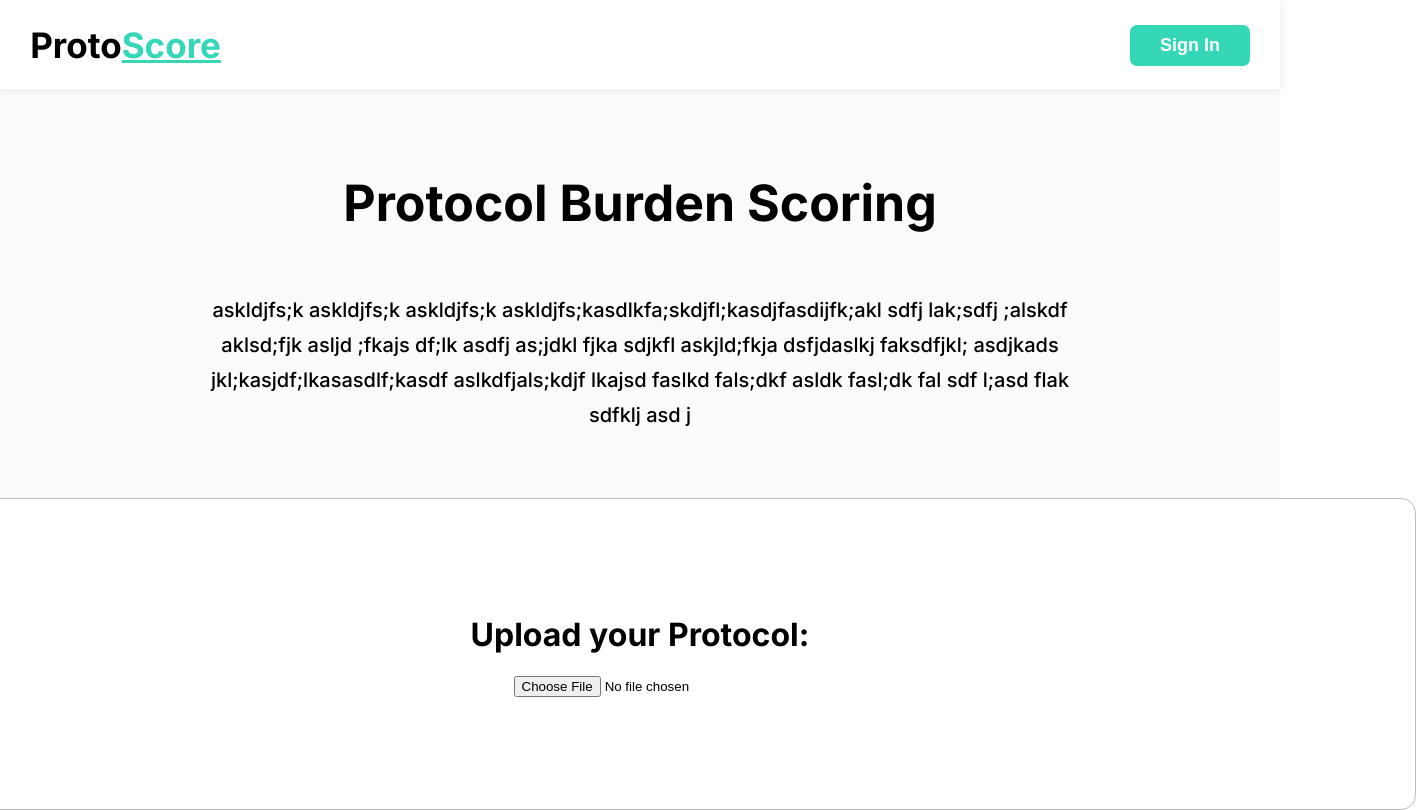
Repository: evanc108/Regeneron2024
Page: / (app in regeneron/)
The author's editor kept a copy of each file at every save. The page is drawn from the files as they stood at one save, then again after the next save.
The browser window is 1280 px wide. The page is 1416 px wide, so the pictures cover 1416 px, including what lies to the right of the window. The pictures show the whole page.
The project was rebuilt for these pictures with package versions that can differ from the ones it lists, and the page was loaded fresh each time.

Above is the page before, as saved 2024-05-14 02:51:58.

After the next save:
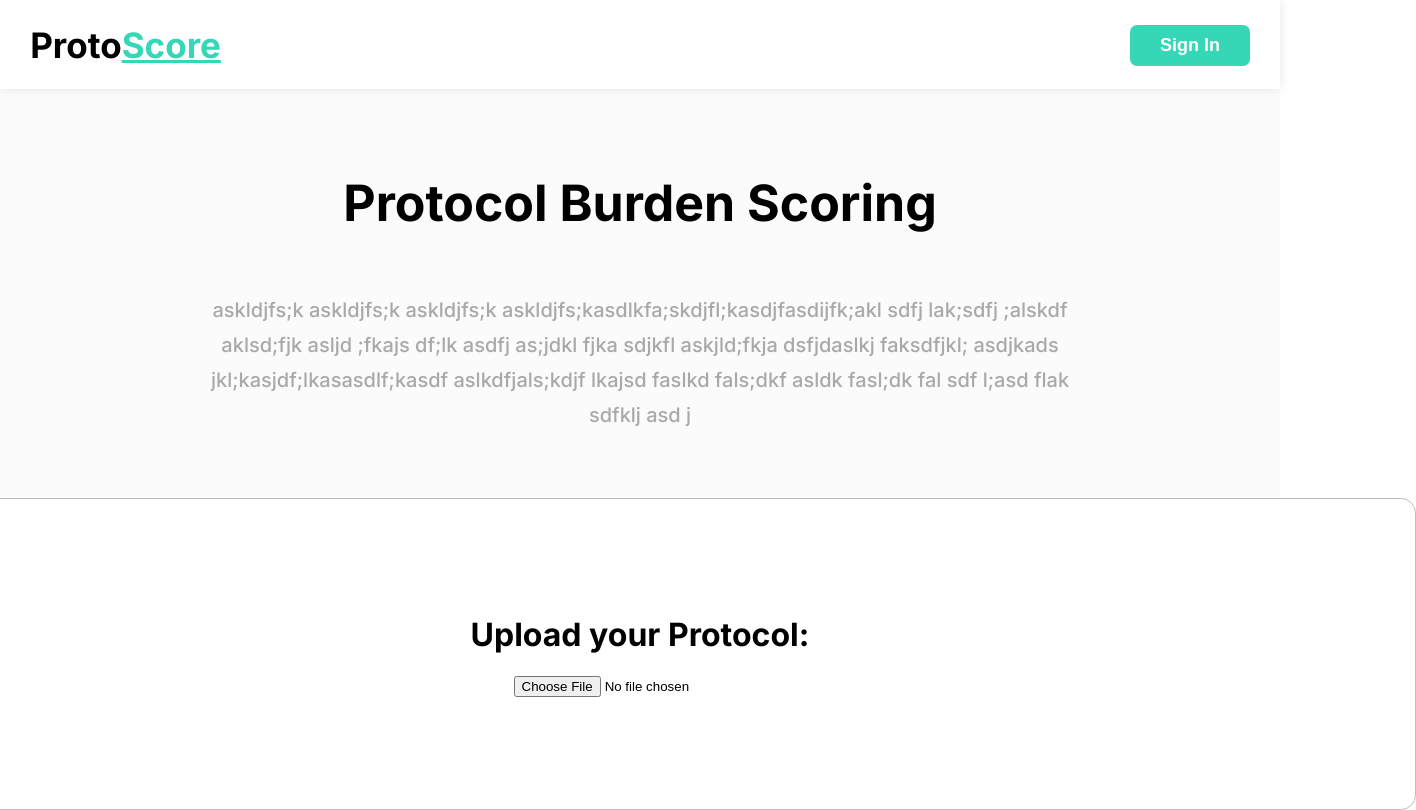
Saved 18 s later.
--- a/regeneron/src/pages/Feedback.js
+++ b/regeneron/src/pages/Feedback.js
@@ -41,7 +41,7 @@ function Feedback() {
                 <div style={{display:"flex", flexDirection:"column", justifyContent:"center", alignItems:"center", marginTop:"5%"}}>
                     <div className="onboarding">
                         <h1 style={{fontSize:"50px", marginBottom:"40px"}}>Protocol Burden Scoring</h1>
-                        <p style={{textOverflow: "ellipsis", whiteSpace: "normal", width: "900px", lineHeight:"35px"}}>
+                        <p style={{textOverflow: "ellipsis", whiteSpace: "normal", width: "900px", lineHeight:"35px", color:"darkgray"}}>
                             askldjfs;k askldjfs;k askldjfs;k askldjfs;kasdlkfa;skdjfl;kasdjfasdijfk;akl sdfj lak;sdfj ;alskdf aklsd;fjk asljd ;fkajs df;lk asdfj as;jdkl fjka sdjkfl askjld;fkja dsfjdaslkj faksdfjkl; asdjkads jkl;kasjdf;lkasasdlf;kasdf aslkdfjals;kdjf lkajsd faslkd fals;dkf asldk fasl;dk fal sdf l;asd flak sdfklj asd j</p>
                     </div>
                     <div className='upload-file'>
